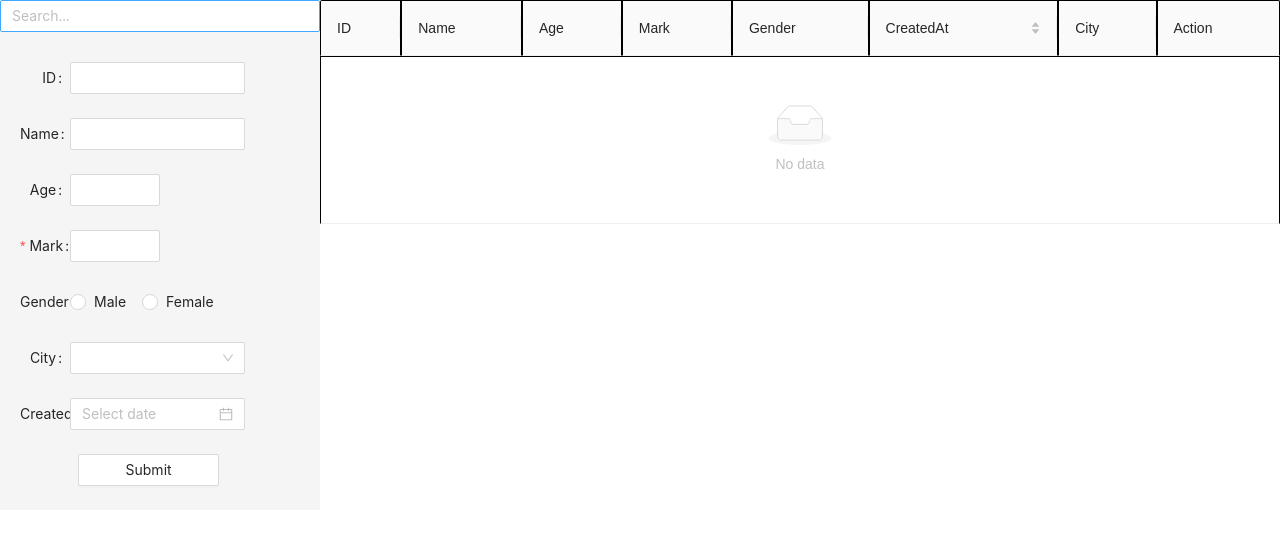
Repository: haminhdat1407/react-api-student
Page: /
These files come from the project's save history. The page is drawn as it stood at one moment and after the next save; the edit follows.
The browser window is 1280 px wide. The pictures show the whole page.
The page's requests for data from a server got no answer. The project was rebuilt for these pictures with package versions that can differ from the ones it lists, and the page was loaded fresh each time. No one was signed in, and anything a server would have sent is missing. Also part of the build but not shown: src/styles.css.

Above is the page before, as saved 2022-03-13 22:12:32.

### public/index.html
<!DOCTYPE html>
<html lang="en">
  <head>
    <meta charset="utf-8" />
    <link rel="icon" href="%PUBLIC_URL%/favicon.ico" />
    <meta name="viewport" content="width=device-width, initial-scale=1" />
    <meta name="theme-color" content="#000000" />
    <meta
      name="description"
      content="Web site created using create-react-app"
    />
    <link rel="apple-touch-icon" href="%PUBLIC_URL%/logo192.png" />
    <link rel="stylesheet" href="https://cdnjs.cloudflare.com/ajax/libs/font-awesome/6.0.0/css/all.min.css" integrity="sha512-9usAa10IRO0HhonpyAIVpjrylPvoDwiPUiKdWk5t3PyolY1cOd4DSE0Ga+ri4AuTroPR5aQvXU9xC6qOPnzFeg==" crossorigin="anonymous" referrerpolicy="no-referrer" />
    <!--
      manifest.json provides metadata used when your web app is installed on a
      user's mobile device or desktop. See https://developers.google.com/web/fundamentals/web-app-manifest/
    -->
    <link rel="manifest" href="%PUBLIC_URL%/manifest.json" />

    <!--
      Notice the use of %PUBLIC_URL% in the tags above.
      It will be replaced with the URL of the `public` folder during the build.
      Only files inside the `public` folder can be referenced from the HTML.

      Unlike "/favicon.ico" or "favicon.ico", "%PUBLIC_URL%/favicon.ico" will
      work correctly both with client-side routing and a non-root public URL.
      Learn how to configure a non-root public URL by running `npm run build`.
    -->
    <title>React App</title>
  </head>
  <body>
    <noscript>You need to enable JavaScript to run this app.</noscript>
    <div id="root"></div>
    <!--
      This HTML file is a template.
      If you open it directly in the browser, you will see an empty page.

      You can add webfonts, meta tags, or analytics to this file.
      The build step will place the bundled scripts into the <body> tag.

      To begin the development, run `npm start` or `yarn start`.
      To create a production bundle, use `npm run build` or `yarn build`.
    -->
  </body>
</html>

### src/index.css
body {
  margin: 0;
  font-family: -apple-system, BlinkMacSystemFont, 'Segoe UI', 'Roboto', 'Oxygen',
    'Ubuntu', 'Cantarell', 'Fira Sans', 'Droid Sans', 'Helvetica Neue',
    sans-serif;
  -webkit-font-smoothing: antialiased;
  -moz-osx-font-smoothing: grayscale;
}

code {
  font-family: source-code-pro, Menlo, Monaco, Consolas, 'Courier New',
    monospace;
}
.ant-table-pagination-right {
  justify-content: center !important;
}

### src/App.js
import { Col, Row } from 'antd';
import { useEffect, useState } from 'react';
import studentApi from './apis/studentApi';
import FormInput from './components/Form';
import SearchForm from './components/SearchInput';
import StudentList from './components/StudentList';
import './styles.css';

export default function App() {
  const [studentList, setStudentList] = useState([]);
  const [idRemove, setIdRemove] = useState('');
  const [idEdit, setIdEdit] = useState('');
  const [searchTerm, setSearchTerm] = useState('');
  const [data, setData] = useState();
  const [studentEdit, setStudentEdit] = useState();

  // get All
  useEffect(() => {
    try {
      (async () => {
        const responseStudent = await studentApi.getAll();
        setStudentList(responseStudent);
      })();
    } catch (error) {
      console.log(error);
    }
  }, []);

  //remove
  useEffect(() => {
    try {
      if (idRemove) {
        (async () => {
          const studentRemove = await studentApi.removeStudentByID(idRemove);
        })();
      }
    } catch (error) {
      console.log(error);
    }
  }, [idRemove]);

  // search by name

  useEffect(() => {
    try {
      (async () => {
        const searchStudent = await studentApi.searchByName(searchTerm);
        setStudentList(searchStudent);
      })();
    } catch (error) {
      console.log(error);
    }
  }, [searchTerm]);

  // add student
  useEffect(() => {
    if (data) {
      (async () => {
        const newStudent = await studentApi.addStudent(data);
        // const newStudent = {
        //   id: payload.id,
        //   name: payload.name,
        //   age: payload.age,
        //   mark: payload.mark,
        //   gender: payload.gender,
        //   city: payload.city,
        //   createdAt: payload.createdAt,
        // };

        setStudentList((prevStudent) => [...prevStudent, newStudent]);
      })();
    }
  }, [data]);

  // get by ID
  useEffect(() => {
    try {
      if (idEdit) {
        (async () => {
          const studentEdit = await studentApi.getByID(idEdit);
          setStudentEdit(studentEdit);
        })();
      }
    } catch (error) {
      console.log(error);
    }
  }, [idEdit]);

  const handleRemoveUser = (idDelete) => {
    setIdRemove(idDelete);
    const newStudentList = studentList.filter((student) => {
      // tra ve 1 mang moi...khong co id can xoa
      return student.id !== idDelete;
    });
    setStudentList(newStudentList);
  };

  const handleSearch = (value) => {
    setSearchTerm(value);
  };

  const handleAddStudent = (data) => {
    setData(data);
  };

  const handleEditStudent = (dataEdit) => {
    setIdEdit(dataEdit);
  };
  console.log(studentEdit);

  return (
    <>
      <Row>
        <Col span={18} push={6}>
          <StudentList
            data={studentList}
            onRemove={handleRemoveUser}
            onEditStudent={handleEditStudent}
          />
        </Col>

        <Col style={{ backgroundColor: 'whitesmoke' }} span={6} pull={18}>
          <SearchForm onChange={handleSearch} />
          <FormInput onChange={handleAddStudent} dataEdit={studentEdit} />
        </Col>
      </Row>
    </>
  );
}
//  [dat01, dat02]].len 2 2

//  id : "dat" + (data.lenght + 1)
//  6 filed

### src/apis/studentApi.js
import axiosClient from './axiosClient';

const studentApi = {
  getAll() {
    const url = `students`;
    return axiosClient.get(url);
  },
  getByID(id) {
    const url = `students/${id}`;
    return axiosClient.get(url);
  },

  removeStudentByID(id) {
    const url = `students/${id}`;
    return axiosClient.delete(url);
  },
  searchByName(searchTerm) {
    const url = `students?name_like=${searchTerm}`;
    return axiosClient.get(url);
  },
  addStudent(data) {
    const url = '/students';
    return axiosClient.post(url, data);
  },
  updateStudent(data) {
    const url = `/students/${data.id}`;
    return axiosClient.patch(url, data);
  },
};

export default studentApi;

### src/components/Form/index.jsx
import {
  Button,
  DatePicker,
  Form,
  Input,
  InputNumber,
  Radio,
  Select,
} from 'antd';
import React from 'react';

const FormInput = ({ onChange, dataEdit = {} }) => {
  const onFinish = (e) => {
    const value = { ...e };
    const formValue = {
      ...value,
      id: value.id + Math.random() * 10000,
    };
    onChange(formValue);
  };

  return (
    <>
      <Form
        // initialValues={
        //   dataEdit
        //     ? {
        //         id: dataEdit.id,
        //         name: dataEdit.name,
        //         age: dataEdit.age,
        //       }
        //     : {}
        // }
        style={{ marginTop: '30px', marginLeft: '20px' }}
        labelCol={{
          span: 4,
        }}
        wrapperCol={{
          span: 14,
        }}
        onFinish={onFinish}
      >
        <Form.Item label='ID' name='id'>
          <Input />
        </Form.Item>

        <Form.Item label='Name' name='name'>
          <Input />
        </Form.Item>

        <Form.Item
          label='Age'
          name='age'
          rules={[{ type: 'number', min: 0, max: 99 }]}
        >
          <InputNumber />
        </Form.Item>

        <Form.Item
          label='Mark'
          name='mark'
          rules={[
            {
              required: true,
              message: 'Please input your mark!',
              type: 'number',
              min: 0,
              max: 10,
            },
          ]}
        >
          <InputNumber />
        </Form.Item>

        <Form.Item label='Gender' name='gender'>
          <Radio.Group>
            <Radio value={1}>Male</Radio>
            <Radio value={2}>Female</Radio>
          </Radio.Group>
        </Form.Item>

        <Form.Item label='City' name='city'>
          <Select>
            <Select.Option value='dn'>Da Nang</Select.Option>
            <Select.Option value='hcm'>Ho Chi Minh</Select.Option>
            <Select.Option value='hn'>Ha Noi</Select.Option>
          </Select>
        </Form.Item>

        <Form.Item label='CreatedAt' name='createdAt'>
          <DatePicker />
        </Form.Item>

        <Form.Item style={{ marginLeft: '58px' }}>
          <Button block htmlType='submit'>
            Submit
          </Button>
        </Form.Item>
      </Form>
    </>
  );
};
export default FormInput;

### src/components/SearchInput/index.jsx
import React, { useState } from 'react';
import PropTypes from 'prop-types';
import { Input } from 'antd';

SearchForm.propTypes = {
  onChange: PropTypes.func,
};

function SearchForm({ onChange }) {
  const handleInputChange = (e) => {
    onChange(e.target.value);
  };
  return <Input placeholder='Search...' onChange={handleInputChange} />;
}

export default SearchForm;

### src/components/StudentList/index.jsx
import { Button, Table } from 'antd';
import 'antd/dist/antd.css';
import dayjs from 'dayjs';
import PropTypes from 'prop-types';
import React, { useState } from 'react';
import './style.css';

const { Column, ColumnGroup } = Table;

StudentList.propTypes = {
  data: PropTypes.array,
  onEditStudent: PropTypes.func,
  onRemove: PropTypes.func,
};

function StudentList({ data, onEditStudent, onRemove }) {
  const handleRemove = (id) => {
    onRemove(id);
  };
  const handleEditStudent = (idEdit) => {
    onEditStudent(idEdit);
  };

  const columns = [
    {
      title: 'ID',
      dataIndex: 'id',
      key: 'key',
    },
    {
      title: 'Name',
      dataIndex: 'name',
      key: 'key',
    },
    {
      title: 'Age',
      dataIndex: 'age',
      key: 'key',
    },
    {
      title: 'Mark',
      dataIndex: 'mark',
      key: 'key',
      render: (mark) => {
        return parseFloat(mark).toFixed(1);
      },
    },
    {
      title: 'Gender',
      dataIndex: 'gender',
      key: 'key',
    },
    {
      title: 'CreatedAt',
      dataIndex: 'createdAt',
      key: 'key',
      render: (createdAt) => {
        return dayjs(createdAt).format('YYYY-MM-DD');
      },
      sorter: {
        compare: (a, b) => a.createdAt - b.createdAt,
        multiple: 2,
      },
    },
    {
      title: 'City',
      dataIndex: 'city',
      key: 'key',
    },
    {
      title: 'Action',
      dataIndex: 'id',
      key: 'key',
      render: (dataIndex) => {
        return (
          <div key={dataIndex}>
            <Button
              type='primary'
              danger
              onClick={() => handleRemove(dataIndex)}
            >
              Delete
            </Button>
            <Button
              type='primary'
              style={{ marginLeft: '10px' }}
              onClick={() => handleEditStudent(dataIndex)}
            >
              Edit
            </Button>
          </div>
        );
      },
    },
  ];

  return (
    <>
      <Table dataSource={data} columns={columns}></Table>
    </>
  );
}

export default StudentList;

### src/apis/axiosClient.js
import axios from 'axios';

const axiosClient = axios.create({
  baseURL: 'https://js-post-api.herokuapp.com/api/',
  headers: {
    'Content-Type': 'application/json',
  },
});

axiosClient.interceptors.request.use(
  function (config) {
    return config;
  },
  function (error) {
    return Promise.reject(error);
  }
);

// Add a response interceptor
axiosClient.interceptors.response.use(
  function (response) {
    return response.data;
  },
  function (error) {
    return Promise.reject(error);
  }
);

export default axiosClient;

### src/components/StudentList/style.css
table {
  font-family: arial, sans-serif;
  border-collapse: collapse;
  width: 100%;
}

td,
th {
  border: 1px solid #000;
  text-align: left;
  padding: 8px;
  text-align: center;
}

tr:nth-child(even) {
  background-color: #dddddd;
}
.student_title {
  text-align: center;
  font-size: 40px;
}
.student_list {
  width: 90%;
  margin: 20px auto;
}
.delete_btn {
  cursor: pointer;
  color: red;
}

Loaded but not shown: src/index.js (common file); src/reportWebVitals.js (common file)

After the next save:
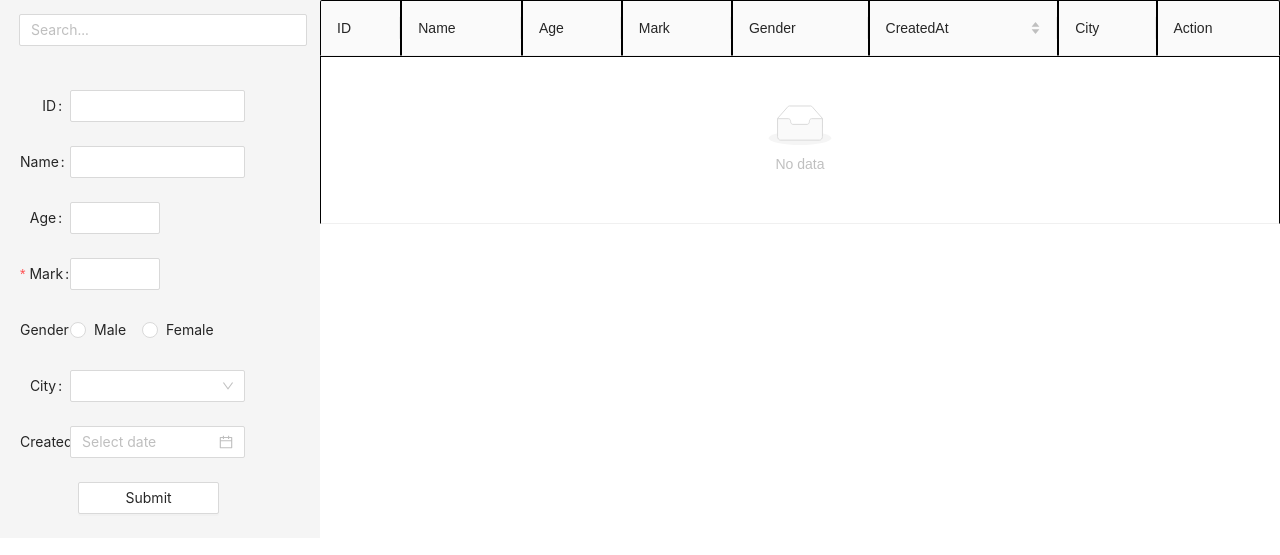
Saved 7 s later.
--- a/src/components/SearchInput/index.jsx
+++ b/src/components/SearchInput/index.jsx
@@ -10,7 +10,13 @@ function SearchForm({ onChange }) {
   const handleInputChange = (e) => {
     onChange(e.target.value);
   };
-  return <Input placeholder='Search...' onChange={handleInputChange} />;
+  return (
+    <Input
+      style={{ margin: '14px 19px', width: '90%' }}
+      placeholder='Search...'
+      onChange={handleInputChange}
+    />
+  );
 }
 
 export default SearchForm;
